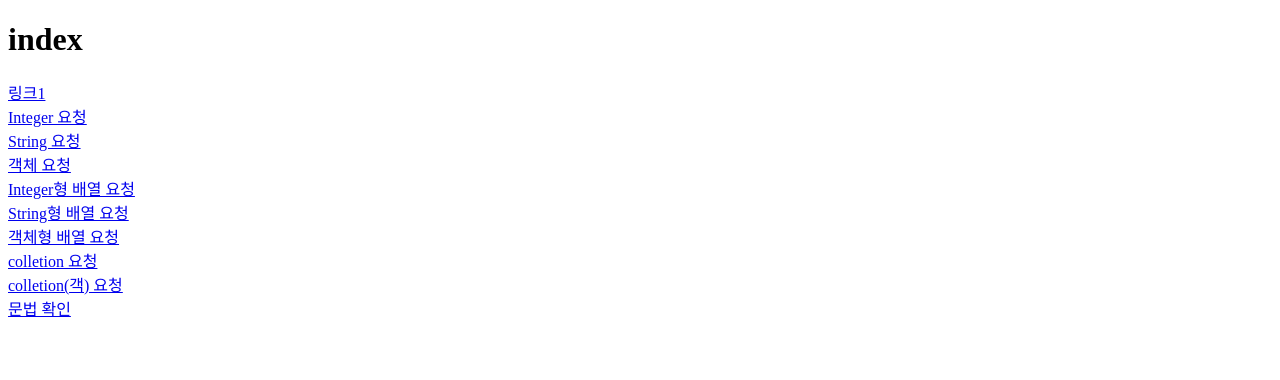
Repository: ekc1467/ClassMSA_EDU
Page: http://localhost/Service01/WEB-INF/views/index.jsp
An editor plug-in stored every save of this project. The page is shown before and after the next save, followed by the edit.
The browser window is 1280 px wide. The pictures show the whole page.
The page is served by Tomcat 9. Nobody is signed in. Other server files are loaded and not shown. The template is opened directly, without the code that normally fills it, so the values that code supplies are empty.

Above is the page before, as saved 2022-04-22 01:33:19.

### Service01/src/main/webapp/WEB-INF/views/index.jsp
<%@ page language="java" contentType="text/html; charset=EUC-KR"
    pageEncoding="EUC-KR"%>
<!DOCTYPE html>
<html>
<head>
<meta charset="EUC-KR">
<title>Insert title here</title>
</head>
<body>
	<h1>index</h1>
	<a href="t1">링크1</a><br/>
	<a href="t1/1000">Integer 요청</a><br/>
	<a href="t2/1000">String 요청</a><br/>
	<a href="t3/1000">객체 요청</a><br/>
	<a href="t4/1000">Integer형 배열 요청</a><br/>
	<a href="t5/1000">String형 배열 요청</a><br/>
	<a href="t6/1000">객체형 배열 요청</a><br/>
	<a href="t7/1000">colletion 요청</a><br/>
	<a href="t8/1000">colletion(객) 요청</a><br/>
	<a href="t9/1000">문법 확인</a><br/>

<!-- 	<a href="app/1000">App 요청</a><br/>
	<a href="cpp/1000">Cpp 요청</a><br/> -->
</body>
</html>

After the next save:
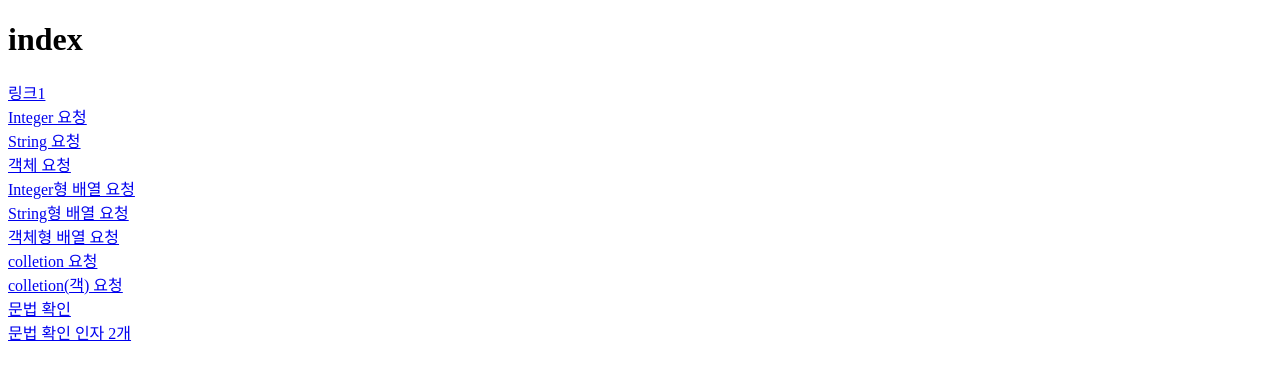
Saved 107 s later.
--- a/Service01/src/main/webapp/WEB-INF/views/index.jsp
+++ b/Service01/src/main/webapp/WEB-INF/views/index.jsp
@@ -18,7 +18,7 @@
 	<a href="t7/1000">colletion 요청</a><br/>
 	<a href="t8/1000">colletion(객) 요청</a><br/>
 	<a href="t9/1000">문법 확인</a><br/>
-
+	<a href="t9/1000">문법 확인 인자 2개</a><br/>
 <!-- 	<a href="app/1000">App 요청</a><br/>
 	<a href="cpp/1000">Cpp 요청</a><br/> -->
 </body>
